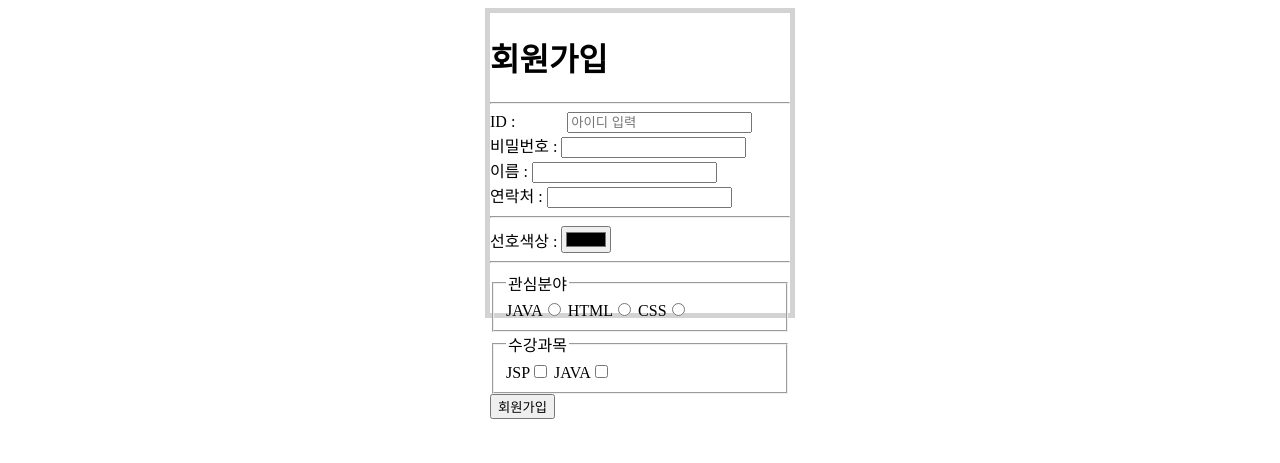
Repository: dychung1021/newrepository
Page: http://localhost/JSP05/
An editor plug-in stored every save of this project. The page is shown before and after the next save, followed by the edit.
The browser window is 1280 px wide. The pictures show the whole page.
The page is served by Tomcat 9.

Above is the page before, as saved 2024-05-10 05:33:54.

### JSP/JSP05/src/main/webapp/index.jsp
<%@ page language="java" contentType="text/html; charset=utf-8"
    pageEncoding="utf-8"%>
<!DOCTYPE html>
<html>
	<head>
		<meta charset="utf-8">
		<title>간단한 회원가입</title>
		<style>
			#wrap{
				width:300px;
				border:5px solid lightgray;
				height : 300px;
				margin : 0 auto;

				}
				input[name="id"]{
					margin-left:48px;
				}
		</style>
	</head>
	<body>
		<div id="wrap">
			<form method="get" action="main.jsp">
				<h1> 회원가입 </h1>
				<hr>
				ID : <input type="text" name="id" placeholder="아이디 입력"><br>
				비밀번호 : <input type="password" name="pw"><br>
				이름 : <input type="text" name="nm"><br>
				연락처 : <input type="text" name="phone"><br>
				<hr>
				선호색상 : <input type="color" name="c" >

				<hr>
				<fieldset>
					<legend>관심분야</legend>
					JAVA<input type="radio" name="subject" value="java">
					HTML<input type="radio" name="subject" value="html">
					CSS<input type="radio" name="subject" value="css">
				</fieldset>
				<fieldset>
					<legend>수강과목</legend>
					JSP<input type="checkbox" name="jsp">
					JAVA<input type="checkbox" name="java">
				</fieldset>
				<input type="hidden" name="hid" value="요주의">
				<input type="submit" value="회원가입">
			</form>

		</div>
	</body>
</html>

After the next save:
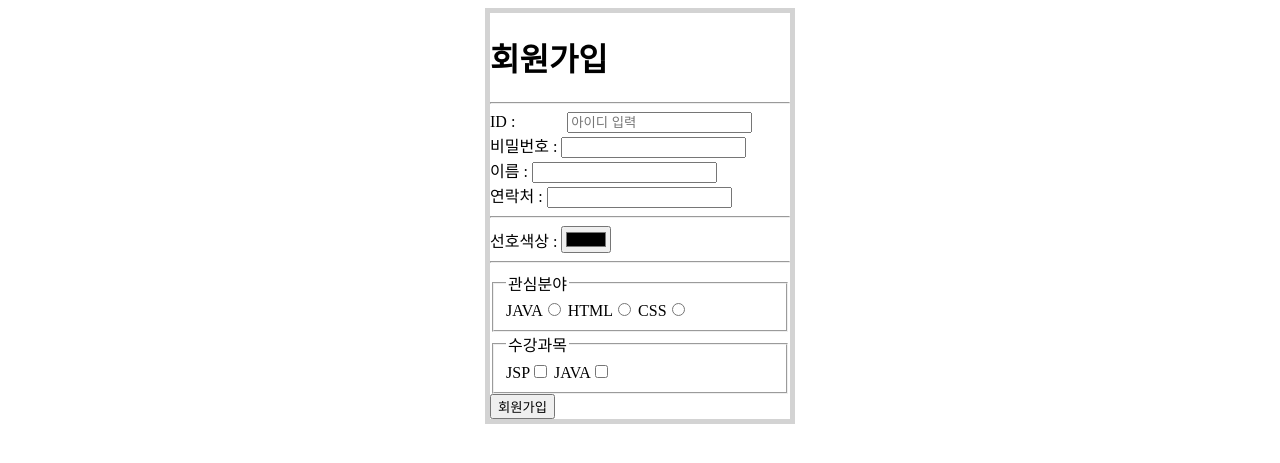
Saved 93 s later.
--- a/JSP/JSP05/src/main/webapp/index.jsp
+++ b/JSP/JSP05/src/main/webapp/index.jsp
@@ -9,7 +9,6 @@
 			#wrap{
 				width:300px;
 				border:5px solid lightgray;
-				height : 300px;
 				margin : 0 auto;
 
 				}
